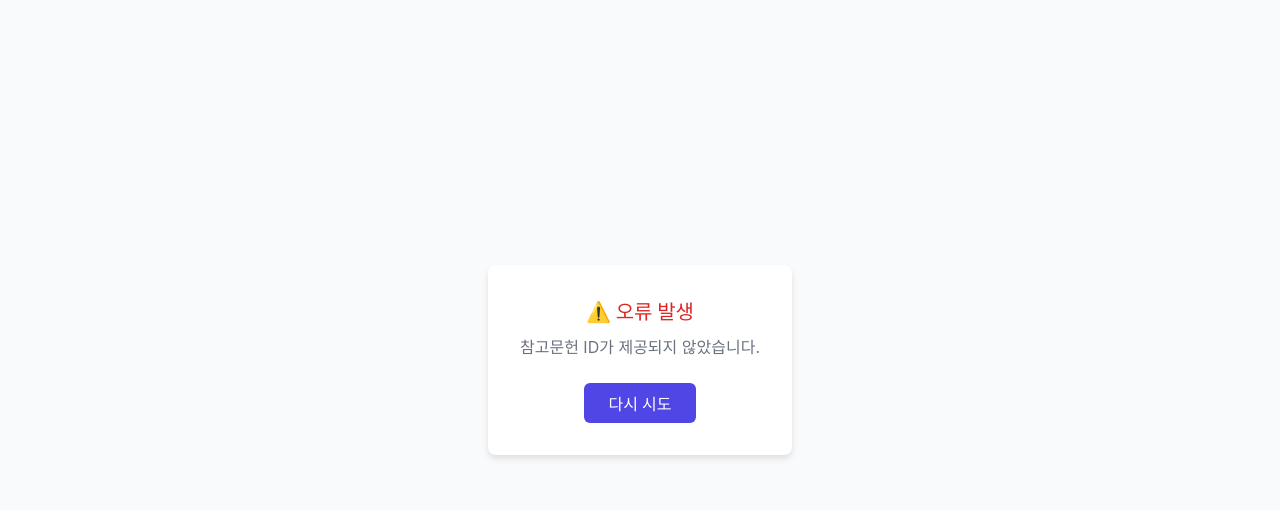
Repository: hw725/pdf_annotator
Page: /
An editor plug-in stored every save of this project. The page is shown before and after the next save, followed by the edit.
The browser window is 1280 px wide. The pictures show the whole page.
The page's requests for data from a server got no answer. The project was rebuilt for these pictures with package versions that can differ from the ones it lists, and the page was loaded fresh each time. No one was signed in, and anything a server would have sent is missing. Also part of the build but not shown: vite.config.js, src/db/localDB.js, src/components/pdf/PDFHighlight.jsx, src/components/pdf/PageHighlightOverlay.jsx, src/components/pdf/PageHighlightsSidebar.jsx, src/utils/pdfExport.js, src/components/pdf/BetterPDFViewer.jsx.

Above is the page before, as saved 2025-11-02 17:29:21.

After the next save:
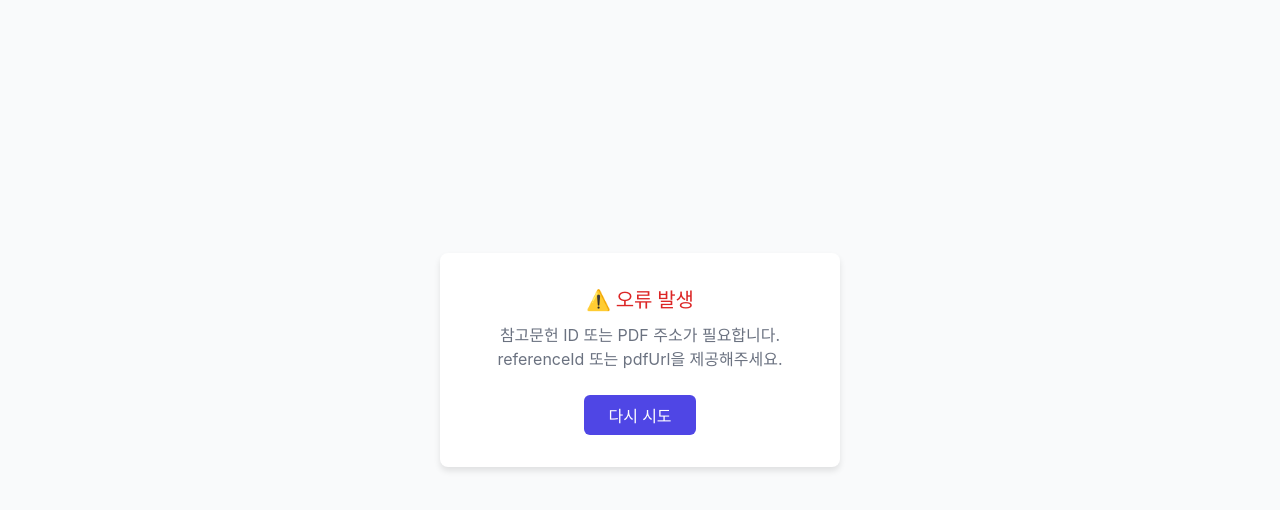
Saved 17 h 26 min later.
--- a/src/App.jsx
+++ b/src/App.jsx
@@ -18,7 +18,7 @@ function App() {
   useEffect(() => {
     // URL 파라미터 파싱
     const params = new URLSearchParams(window.location.search);
-    const refId = params.get("referenceId");
+  const refId = params.get("referenceId");
     const title = params.get("title");
     const pdfUrl = params.get("pdfUrl");
     const token = params.get("token");
@@ -28,16 +28,18 @@ function App() {
       setAuthToken(token);
     }
 
-    if (!refId) {
-      setError("참고문헌 ID가 제공되지 않았습니다.");
+    // 참고문헌 ID가 없더라도 pdfUrl이 있으면 '임시 모드'로 동작하도록 허용
+    if (!refId && !pdfUrl) {
+      setError("참고문헌 ID 또는 PDF 주소가 필요합니다. referenceId 또는 pdfUrl을 제공해주세요.");
       setLoading(false);
       return;
     }
 
-    setReferenceId(refId);
+    // refId가 없으면 임시 ID로 설정하여 로컬/내보내기 기능만 사용
+    setReferenceId(refId || "temp");
 
     // PDF 정보 및 주석 로드
-    loadPdfData(refId, title, pdfUrl);
+    loadPdfData(refId || "temp", title, pdfUrl);
   }, []);
 
   const loadPdfData = async (refId, urlTitle, urlPdfUrl) => {
@@ -60,7 +62,8 @@ function App() {
       setPdfInfo(info);
 
       // 주석 로드 (API 사용 가능할 때만). 실패하더라도 뷰어는 동작하게 함
-      if (isApiAvailable()) {
+      // refId가 'temp'이거나 없는 경우에는 서버 호출을 생략
+      if (isApiAvailable() && refId && refId !== "temp") {
         try {
           const annotationsResponse = await getAnnotations(refId);
           setAnnotations(annotationsResponse.annotations || []);
